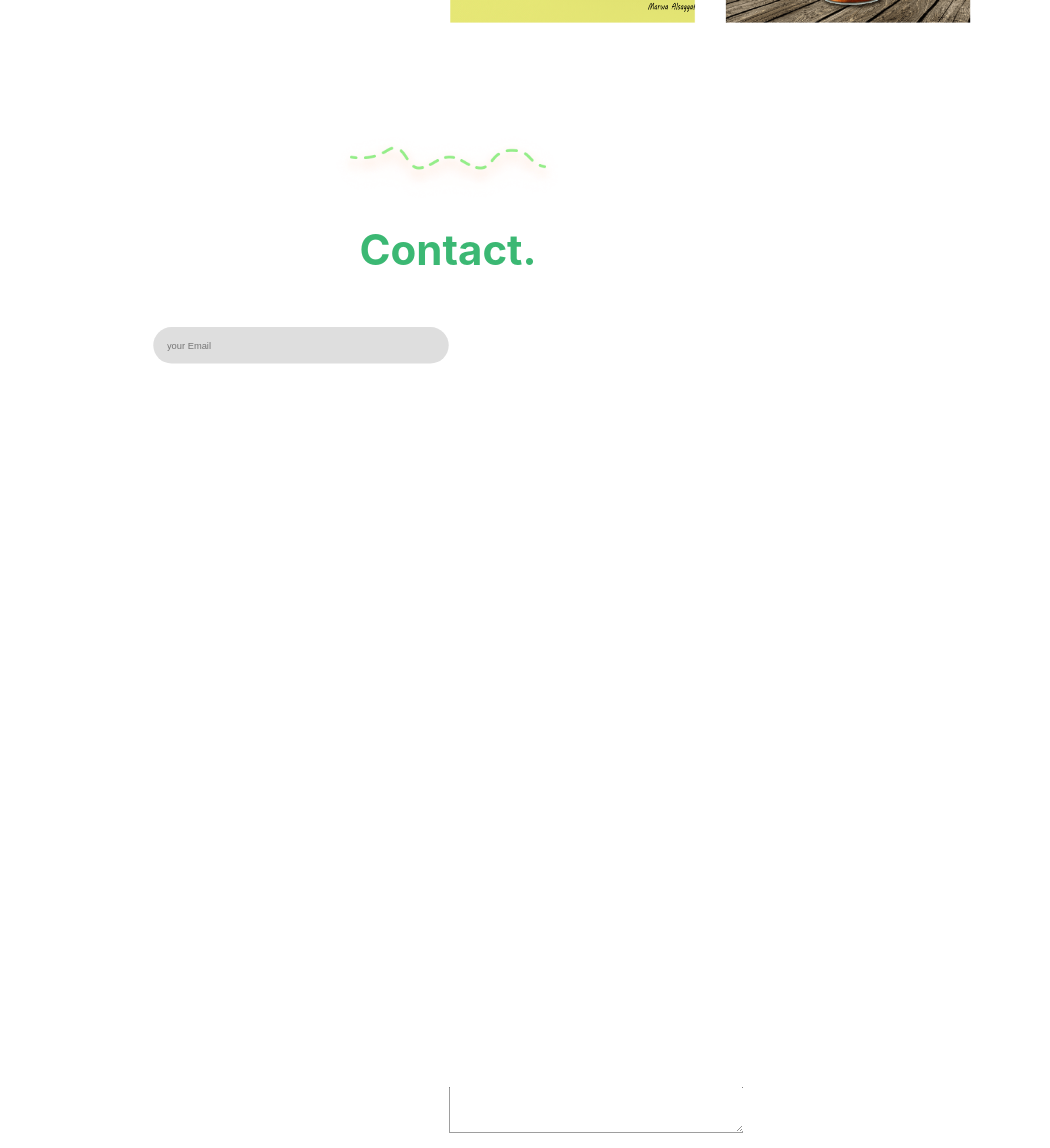
Repository: MEROO1010/Portfolio-2
Page: /
These files come from the project's save history. The page is drawn as it stood at one moment and after the next save; the edit follows.
The browser window is 1280 px wide. The page is 1500 px wide, so the pictures cover 1500 px, including what lies to the right of the window. The pictures show the part of the page from y = 4035 to 5675 px (the page is 5675 px tall before and 5645 px after), at 70% of full size.
The project was rebuilt for these pictures with package versions that can differ from the ones it lists, and the page was loaded fresh each time.

Above is the page before, as saved 2023-12-25 12:59:20.

After the next save:
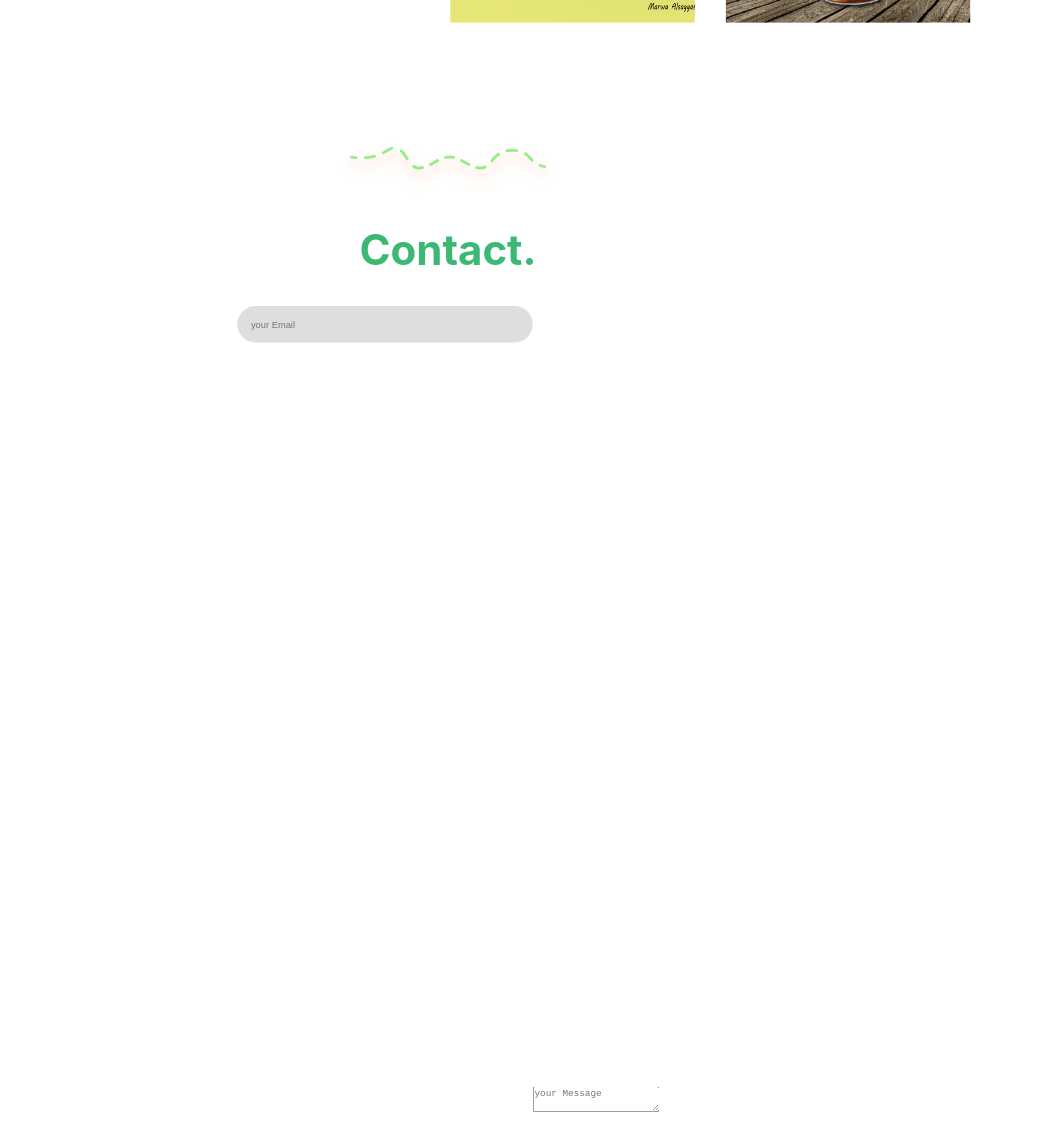
Saved 34 s later.
--- a/src/components/Contact.js
+++ b/src/components/Contact.js
@@ -12,7 +12,7 @@
         <ContactForm>
         <input type="text" placeholder="your Email"/>
 
-        <textarea id="w3review" name="w3review" rows="4" cols="50"/>
+        <textarea placeholder="your Message"/>
         </ContactForm>
     </Container>
   )
